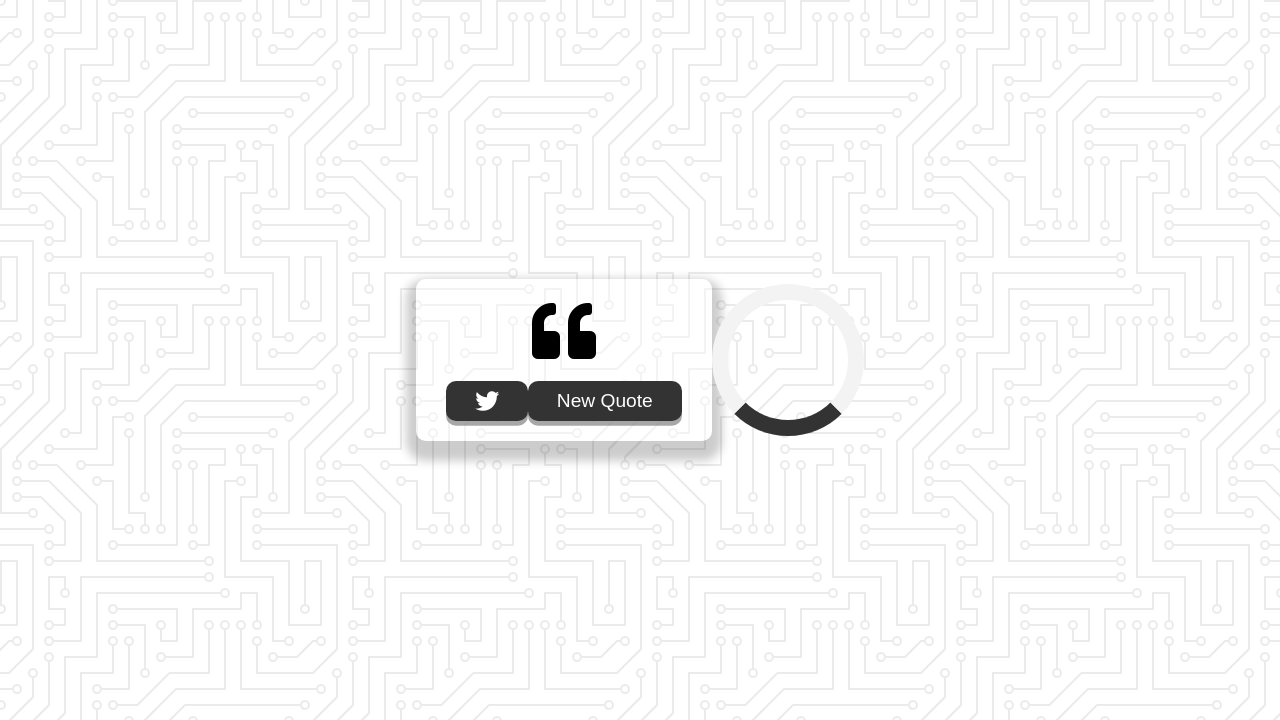
Repository: Badynko/quote-generator
Page: index.html
An editor plug-in stored every save of this project. The page is shown before and after the next save, followed by the edit.
The browser window is 1280 px wide. The pictures show the whole page.
The page's requests for data from a server got no answer. Some web libraries are served in a nearby version.

Above is the page before, as saved 2024-05-09 18:45:35.

### index.html
<!DOCTYPE html>
<html lang="en">
  <head>
    <meta charset="UTF-8" />
    <meta http-equiv="Permissions-Policy" content="interest-cohort=()" />
    <meta name="viewport" content="width=device-width, initial-scale=1.0" />
    <title>Template</title>
    <link rel="icon" type="image/png" href="favicon.png" />

    <link
      rel="stylesheet"
      href="https://cdnjs.cloudflare.com/ajax/libs/font-awesome/5.10.2/css/all.min.css"
    />
    <link rel="stylesheet" href="style.css" />
  </head>
  <body>
    <div class="quote-container" id="quote-container">
      <!-- Quote -->
      <div class="quote-text">
        <i class="fas fa-quote-left"></i>
        <span id="quote"> </span>
      </div>
      <!-- Author -->
      <div class="quote-author">
        <span id="author"></span>
      </div>
      <!-- Buttons -->
      <div class="button-container">
        <button class="twitter-button" id="twitter" title="Tweet This!">
          <i class="fab fa-twitter"></i>
        </button>
        <button id="new-quote">New Quote</button>
      </div>
    </div>
    <!-- Loader -->
    <div class="loader" id="loader"></div>
    <!-- Script -->
    <script src="quotes.js"></script>
    <script src="script.js"></script>
  </body>
</html>

### style.css
@import url("https://fonts.googleapis.com/css2?family=Montserrat:ital,wght@0,100..900;1,100..900&display=swap");

html {
  box-sizing: border-box;
}

body {
  margin: 0;
  min-height: 100vh;
  background-color: #ffffff;
  background-image: url("data:[embedded picture, 5330 characters]");
  color: #000;
  font-family: Montserrat, sans-serif;
  font-weight: 700;
  text-align: center;
  display: flex;
  align-items: center;
  justify-content: center;
}

.quote-container {
  width: auto;
  max-width: 900px;
  padding: 20px 30px;
  border-radius: 10px;
  background-color: rgba(255, 255, 255, 0.4);
  box-shadow: 0 10px 10px 10px rgba(0, 0, 0, 0.2);
}

.quote-text {
  font-size: 2.75rem;
}

.long-quote {
  font-size: 2rem;
}

.fa-quote-left {
  font-size: 4rem;
}

.quote-author {
  margin-top: 15px;
  font-size: 2rem;
  font-weight: 400;
  font-style: italic;
}

.button-container {
  margin-top: 15px;
  display: flex;
  justify-content: space-between;
}

button {
  cursor: pointer;
  font-size: 1.2rem;
  height: 2.5rem;
  border: none;
  border-radius: 10px;
  color: #fff;
  background: #333;
  outline: none;
  padding: 0.5rem 1.8rem;
  box-shadow: 0 0.3rem rgba(121, 121, 121, 0.65);
}

button:hover {
  filter: brightness(110%);
}

button:active {
  transform: translate(0, 0.3rem);
  box-shadow: 0 0.1rem rgba(255, 255, 255, 0.65);
}

.twitter-button:hover {
  color: #38a1f3;
}

.fa-twitter {
  font-size: 1.5rem;
}

/* Loader */

.loader {
  border: 16px solid #f3f3f3; /* Light grey */
  border-top: 16px solid #333; /* Blue */
  border-radius: 50%;
  width: 120px;
  height: 120px;
  animation: spin 2s linear infinite;
}

@keyframes spin {
  0% {
    transform: rotate(0deg);
  }
  100% {
    transform: rotate(360deg);
  }
}

/* Media Query: Tablet or Smaller */
@media screen and (max-width: 1000px) {
  .quote-container {
    margin: auto 10px;
  }

  .quote-text {
    font-size: 2.5rem;
  }
}

### quotes.js
const localQuotes = [
  {
    text: "Tenis je velmi pekný šport, hraj ho!",
    author: "Bady",
  },
  {
    text: "Nefetuj hneď ráno, najskor raňajky!",
    author: "Giga",
  },
  {
    text: "Ak ti dáva na eurovej, skús dvojeurovú!",
    author: "Miga",
  },
  {
    text: "Netreba ti vela, stačí byť v rauši!",
    author: "Stener",
  },
  {
    text: "Sliač je krásny ako háj, ty máj!",
    author: "Lubka",
  },
  {
    text: "Nikdy si neprehral, kým si neprestal hrať!",
    author: "Tipsport",
  },
  {
    text: "Skús zvýšiť, bude dobre!",
    author: "Synot",
  },
];

### script.js
const quoteContainer = document.getElementById("quote-container");
const quoteText = document.getElementById("quote");
const authorText = document.getElementById("author");
const twitterBtn = document.getElementById("twitter");
const newQuoteBtn = document.getElementById("new-quote");
const loader = document.getElementById("loader");

let apiQuotes = [];

// Show Loading
function loading() {
  loader.hidden = false;
  quoteContainer.hidden = true;
}

// Hide Loading
function complete() {
  quoteContainer.hidden = false;
  loader.hidden = true;
}

// Show New Quote
function newQuote() {
  // Pick a random quote from apiQuotes array
  const quote = apiQuotes[Math.floor(Math.random() * apiQuotes.length)];
  // Check if Author is blank and replace it with 'Unknown'
  if (!quote.author) {
    authorText.textContent = "Unknown";
  } else {
    authorText.textContent = quote.author;
  }
  // Check Quote length to determine styling
  if (quote.text.length > 120) {
    quoteText.classList.add("long-quote");
  } else {
    quoteText.classList.remove("long-quote");
  }

  quoteText.textContent = quote.text;
}

// Get Quotes from API
async function getQuotes() {
  const apiUrl = "https://type.fit/api/quotes";
  try {
    const response = await fetch(apiUrl);
    apiQuotes = await response.json();
    newQuote();
  } catch (error) {
    // Catch Error Here
  }
}

// Tweet Quote
function tweetQuote() {
  const twitterUrl = `https://twitter.com/intent/tweet?text=${quoteText.textContent} - ${authorText.textContent}`;
  window.open(twitterUrl, "_blank");
}

// Event Listeners
newQuoteBtn.addEventListener("click", newQuote);
twitterBtn.addEventListener("click", tweetQuote);

// On Load
getQuotes();

After the next save:
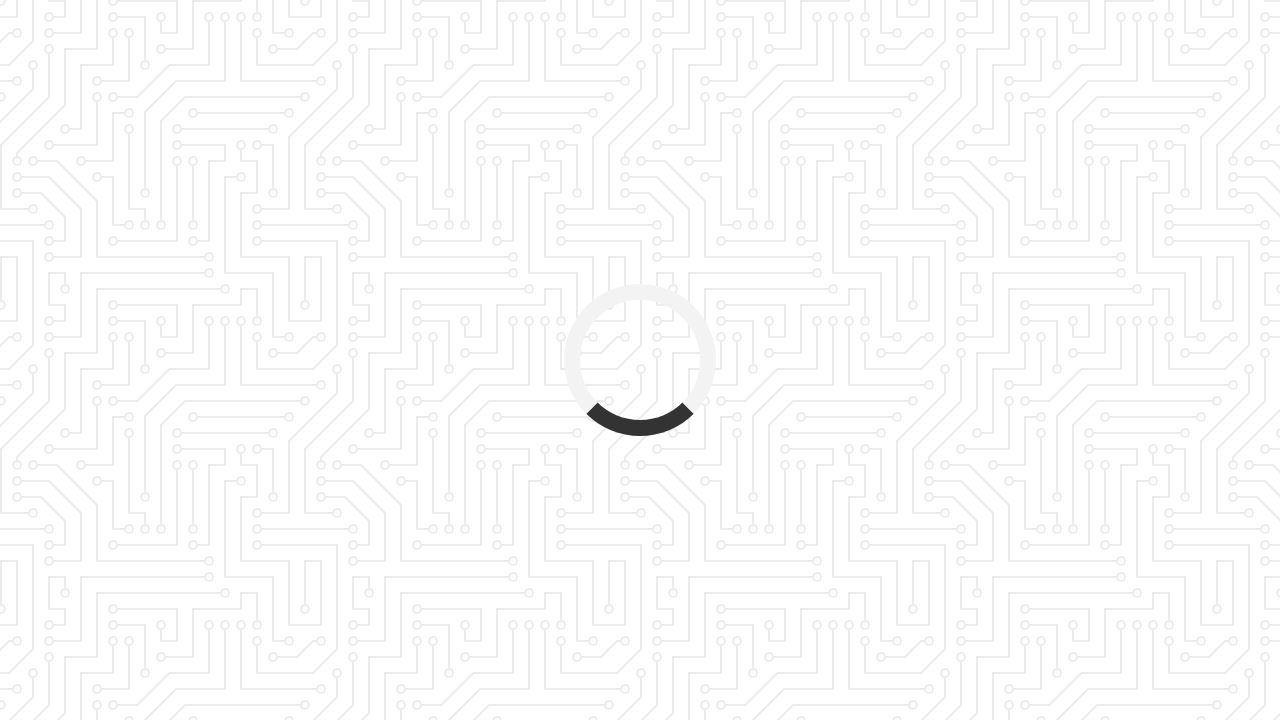
Saved 33 s later.
--- a/script.js
+++ b/script.js
@@ -62,4 +62,5 @@
 twitterBtn.addEventListener("click", tweetQuote);
 
 // On Load
-getQuotes();
+//getQuotes();
+loading();

After the save that followed:
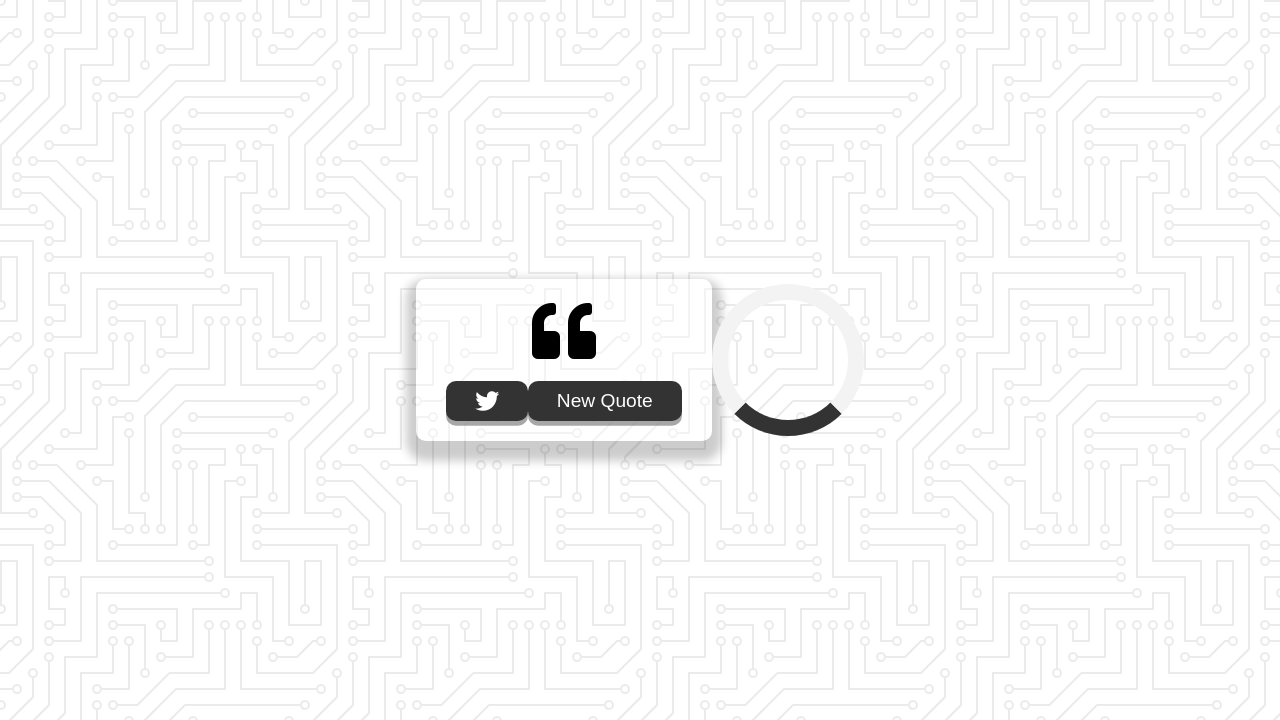
Saved 23 s later.
--- a/script.js
+++ b/script.js
@@ -62,5 +62,4 @@
 twitterBtn.addEventListener("click", tweetQuote);
 
 // On Load
-//getQuotes();
-loading();
+getQuotes();
